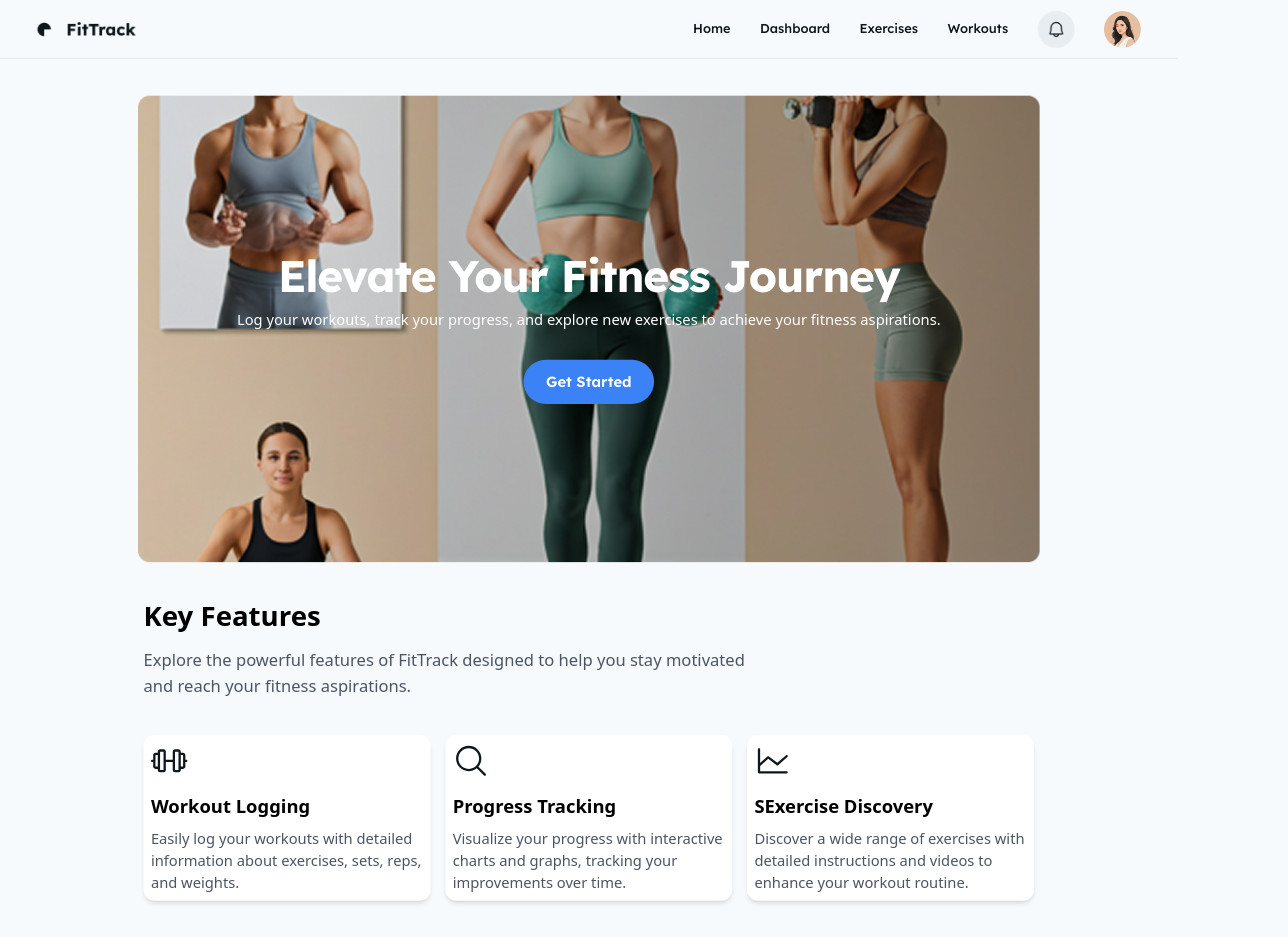
Repository: Emy-gold/fitness-tracking-platform
Page: /
These files come from the project's save history. The page is drawn as it stood at one moment and after the next save; the edit follows.
The browser window is 1280 px wide. The page is 1280 px wide, then 1400 px, then 1280 px, so the pictures cover 1400 px, including what lies to the right of the window. The pictures show the whole page, at 92% of full size.
The project was rebuilt for these pictures with package versions that can differ from the ones it lists, and the page was loaded fresh each time. Also part of the build but not shown: vite.config.js, src/Pages/Dashboard.jsx, src/Pages/Exercises.jsx, src/Pages/Workouts.jsx, src/components/Footer.jsx.

Above is the page before, as saved 2025-08-26 23:39:00.

After the next save:
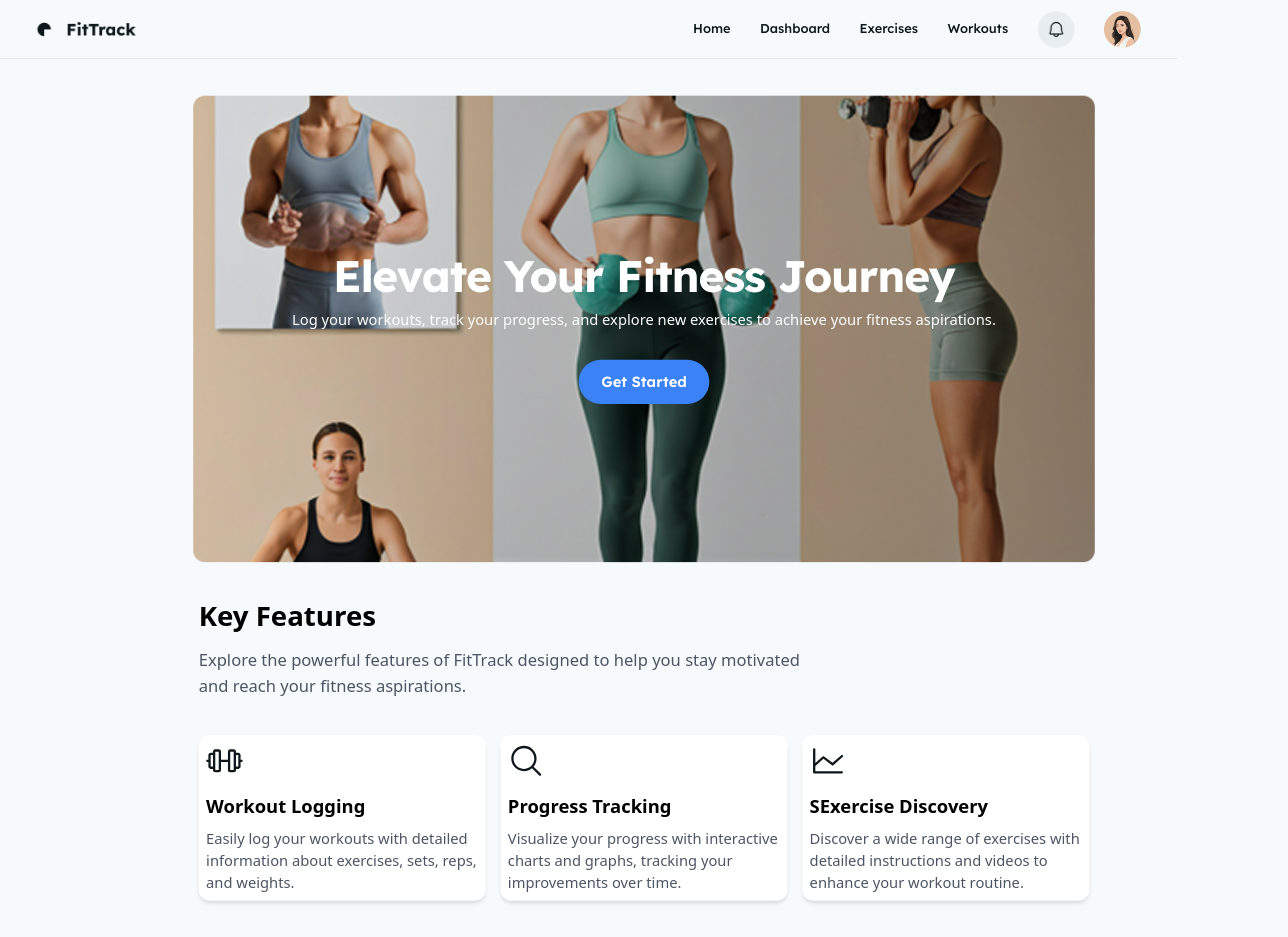
Saved 73 s later.
--- a/src/Pages/Home.jsx
+++ b/src/Pages/Home.jsx
@@ -14,7 +14,7 @@
 
     return (
         <>
-            <main className='flex flex-col justify-center items-center'>
+            <main className='flex flex-col justify-center items-center lg:w-[1400px]'>
 
                 <section className='my-10 relative flex justify-center'>
                     <img src={homepic} className="w-[980px]" />

After the save that followed:
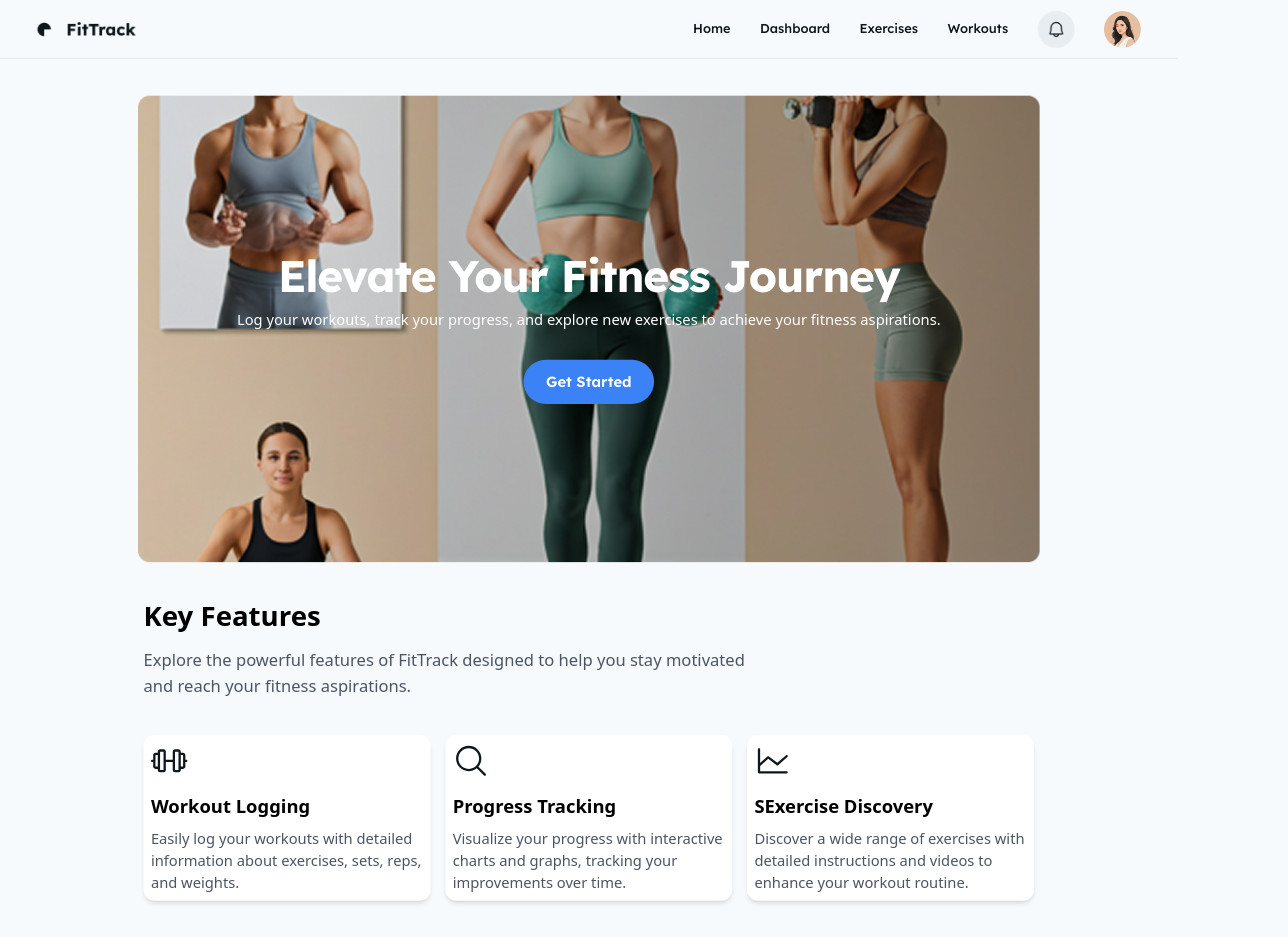
Saved 9 s later.
--- a/src/Pages/Home.jsx
+++ b/src/Pages/Home.jsx
@@ -14,7 +14,7 @@
 
     return (
         <>
-            <main className='flex flex-col justify-center items-center lg:w-[1400px]'>
+            <main className='flex flex-col justify-center items-center'>
 
                 <section className='my-10 relative flex justify-center'>
                     <img src={homepic} className="w-[980px]" />
